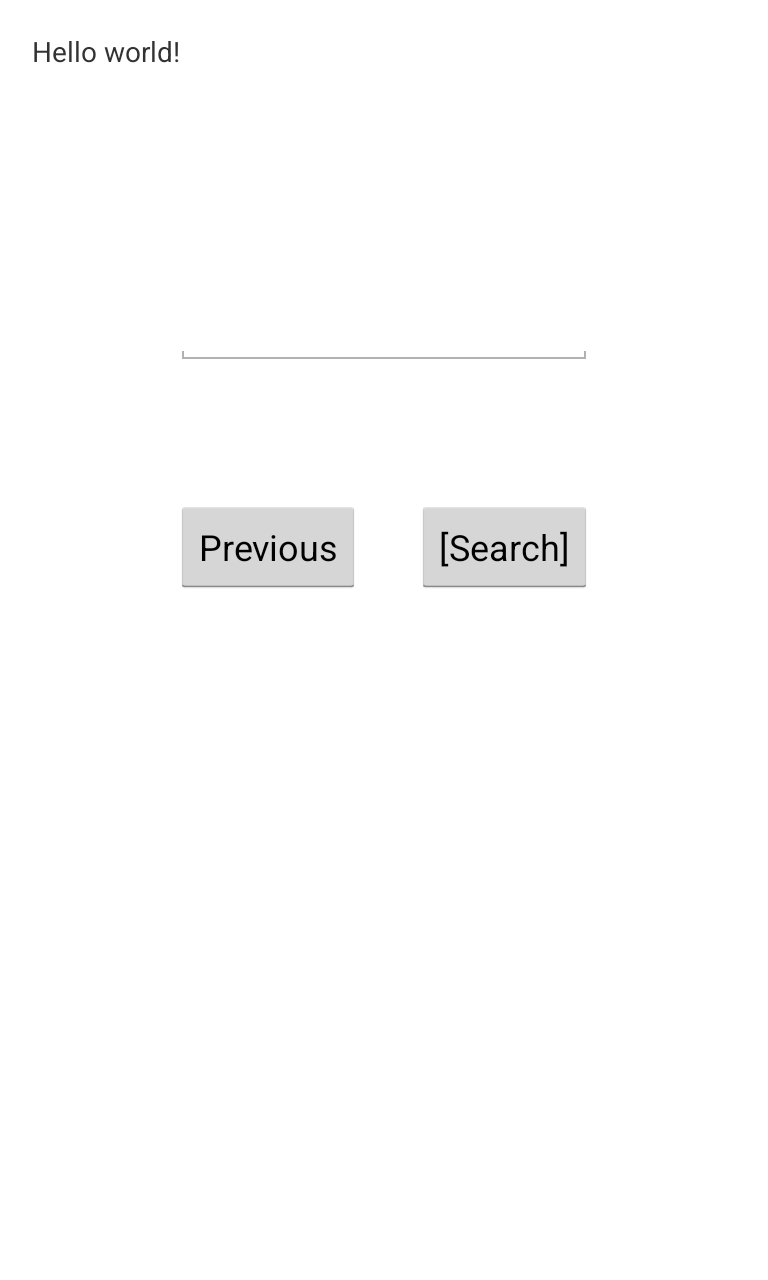
Repository: theoryxu/Chinese-microblogging-Links-System-Mobile-Application-Development
Layout: AndroidApp/STXQ/STXQ/res/layout/activity_second.xml
The author's editor kept a copy of each file at every save. The layout is drawn from the files as they stood at one save, then again after the next save.
It is drawn on a 768 x 1280 px phone screen (xhdpi) without system bars, with theme AppTheme; the app's code is not run.

Above is the layout before, as saved 2014-11-25 00:04:15.

After the next save:
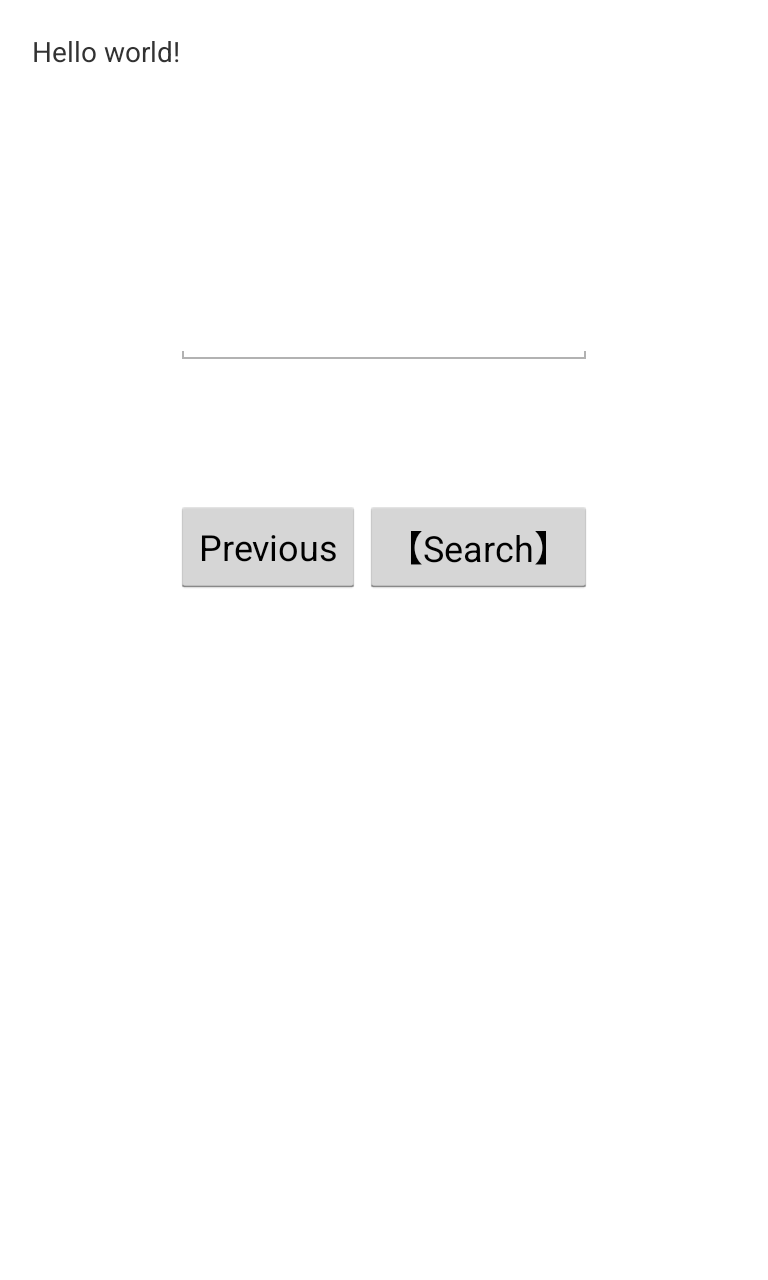
Saved 35 s later.
--- a/AndroidApp/STXQ/STXQ/res/layout/activity_second.xml
+++ b/AndroidApp/STXQ/STXQ/res/layout/activity_second.xml
@@ -30,7 +30,7 @@
         android:layout_height="wrap_content"
         android:layout_alignBottom="@+id/button1"
         android:layout_alignRight="@+id/editText1"
-        android:text="[Search]" />
+        android:text="【Search】" />
 
     <Button
         android:id="@+id/button1"
